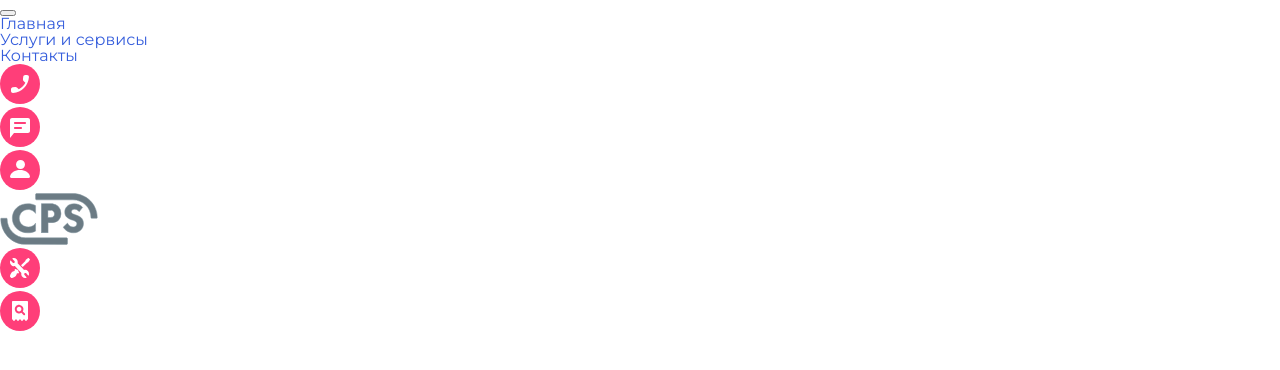
Repository: sem1103/bem
Page: index.html
These files come from the project's save history. The page is drawn as it stood at one moment and after the next save; the edit follows.
The browser window is 1280 px wide. The pictures show the whole page.

Above is the page before, as saved 2023-12-27 09:41:11.

### index.html
<!DOCTYPE html>
<html lang="en">
<head>
    <meta charset="UTF-8">
    <meta name="viewport" content="width=device-width, initial-scale=1.0">
    <title>CPS</title>
    <link rel="stylesheet" href="styles/reset.css">
    <link rel="stylesheet" href="styles/main.css">
</head>
<body>
    <div id="page">
        <header>
            <nav>
                <div class="burger-menu">
                    <button class="burger-menu__btn ">
                        <span></span>
                        <span></span>
                        <span></span>
                    </button>
                    <ul class="burger-menu__list">
                        <li><a href="">Главная</a></li>
                        <li><a href="">Услуги и сервисы</a></li>
                        <li><a href="">Контакты</a></li>
                        <li><a href="">
                            <svg xmlns="http://www.w3.org/2000/svg" width="40" height="40" viewBox="0 0 40 40" fill="none">
                                <rect width="40" height="40" rx="20" fill="#FF3E79"/>
                                <path fill-rule="evenodd" clip-rule="evenodd" d="M12.7602 23.25L15.3002 22.96C15.9102 22.89 16.5102 23.1 16.9402 23.53L18.7802 25.37C21.6102 23.93 23.9302 21.62 25.3702 18.78L23.5202 16.93C23.0902 16.5 22.8802 15.9 22.9502 15.29L23.2402 12.77C23.3602 11.76 24.2102 11 25.2302 11H26.9602C28.0902 11 29.0302 11.94 28.9602 13.07C28.4302 21.61 21.6002 28.43 13.0702 28.96C11.9402 29.03 11.0002 28.09 11.0002 26.96V25.23C10.9902 24.22 11.7502 23.37 12.7602 23.25Z" fill="white"/>
                              </svg>
                        </a></li>
                        <li><a href="">
                            <svg xmlns="http://www.w3.org/2000/svg" width="40" height="40" viewBox="0 0 40 40" fill="none">
                                <rect width="40" height="40" rx="20" fill="#FF3E79"/>
                                <path fill-rule="evenodd" clip-rule="evenodd" d="M28 11H12C10.9 11 10.01 11.9 10.01 13L10 31L14 26H28C29.1 26 30 25.1 30 24V13C30 11.9 29.1 11 28 11ZM21 22H15C14.45 22 14 21.55 14 21C14 20.45 14.45 20 15 20H21C21.55 20 22 20.45 22 21C22 21.55 21.55 22 21 22ZM25 17H15C14.45 17 14 16.55 14 16C14 15.45 14.45 15 15 15H25C25.55 15 26 15.45 26 16C26 16.55 25.55 17 25 17Z" fill="white"/>
                                <mask id="mask0_0_1880" style="mask-type:luminance" maskUnits="userSpaceOnUse" x="10" y="11" width="20" height="20">
                                  <path fill-rule="evenodd" clip-rule="evenodd" d="M28 11H12C10.9 11 10.01 11.9 10.01 13L10 31L14 26H28C29.1 26 30 25.1 30 24V13C30 11.9 29.1 11 28 11ZM21 22H15C14.45 22 14 21.55 14 21C14 20.45 14.45 20 15 20H21C21.55 20 22 20.45 22 21C22 21.55 21.55 22 21 22ZM25 17H15C14.45 17 14 16.55 14 16C14 15.45 14.45 15 15 15H25C25.55 15 26 15.45 26 16C26 16.55 25.55 17 25 17Z" fill="white"/>
                                </mask>
                                <g mask="url(#mask0_0_1880)">
                                </g>
                              </svg>
                        </a></li>
                        <li><a href="">
                            <svg xmlns="http://www.w3.org/2000/svg" width="40" height="40" viewBox="0 0 40 40" fill="none">
                                <rect width="40" height="40" rx="20" fill="#FF3E79"/>
                                <path d="M20.5 19C22.9853 19 25 16.9853 25 14.5C25 12.0147 22.9853 10 20.5 10C18.0147 10 16 12.0147 16 14.5C16 16.9853 18.0147 19 20.5 19Z" fill="white"/>
                                <path d="M10.0166 26.6118C9.88693 27.3412 10.5352 28 11.339 28H28.6604C29.4902 28 30.1125 27.3412 29.9829 26.6118C29.2309 22.4 25.0561 20 19.9997 20C14.9433 20 10.7686 22.4 10.0166 26.6118Z" fill="white"/>
                              </svg>
                        </a></li>
                    </ul>
                </div>

                <div class="logo">
                    <svg xmlns="http://www.w3.org/2000/svg" width="98" height="52" viewBox="0 0 98 52" fill="none">
                        <path fill-rule="evenodd" clip-rule="evenodd" d="M36.5703 0.592529C36.018 0.592529 35.5703 1.04024 35.5703 1.59253V5.86748C35.5703 6.41977 36.018 6.86748 36.5703 6.86748H72.8973C83.0242 6.86748 90.9777 14.6641 90.9777 24.757C90.9777 25.0425 91.2092 25.274 91.4948 25.274H96.757C97.0425 25.274 97.274 25.0425 97.274 24.757C97.274 11.2677 86.432 0.592529 72.8973 0.592529H36.5703Z" fill="#6B7B84" stroke="#80949F" stroke-width="0.5"/>
                        <path fill-rule="evenodd" clip-rule="evenodd" d="M7.10682 25.7122C7.10682 25.4702 6.91059 25.2739 6.66853 25.2739H1.16436C0.922303 25.2739 0.726074 25.4702 0.726074 25.7122C0.726074 39.3616 10.9493 50.6311 24.1687 51.3686L66.5104 51.4064C67.063 51.4069 67.5113 50.959 67.5113 50.4064V45.8267C67.5113 45.2745 67.0635 44.8267 66.5113 44.8267H25.6265C15.3903 44.7984 7.10682 36.283 7.10682 25.7122Z" fill="#6B7B84" stroke="#80949F" stroke-width="0.5"/>
                        <path fill-rule="evenodd" clip-rule="evenodd" d="M28.1415 39.7924C30.8803 39.7924 33.1616 39.2603 35.4149 38.1655L35.5704 38.0199V30.1855L34.7273 31.2649C33.1049 33.0378 30.9259 34.0137 28.4608 34.0137C23.8692 34.0137 19.2575 31.0459 19.2575 25.3738C19.2575 21.0874 22.4381 16.532 28.2993 16.532C29.4688 16.532 32.313 16.8085 34.7232 19.368L35.5704 20.4117V12.6127L35.4218 12.4653C33.1258 11.3147 30.7843 10.7554 28.1137 10.7554C23.5467 10.7554 19.9821 11.9577 17.1438 14.4289C15.3435 15.9777 12.3408 19.4485 12.3408 25.2923C12.3408 29.6131 13.8793 32.9875 17.1669 35.9144C20.2252 38.5962 23.6163 39.7924 28.1415 39.7924Z" fill="#6B7B84"/>
                        <path d="M28.1415 39.7924C30.8803 39.7924 33.1616 39.2603 35.4149 38.1655L35.5704 38.0199V30.1855L34.7273 31.2649C33.1049 33.0378 30.9259 34.0137 28.4608 34.0137C23.8692 34.0137 19.2575 31.0459 19.2575 25.3738C19.2575 21.0874 22.4381 16.532 28.2993 16.532C29.4688 16.532 32.313 16.8085 34.7232 19.368L35.5704 20.4117V12.6127L35.4218 12.4653C33.1258 11.3147 30.7843 10.7554 28.1137 10.7554C23.5467 10.7554 19.9821 11.9577 17.1438 14.4289C15.3435 15.9777 12.3408 19.4485 12.3408 25.2923C12.3408 29.6131 13.8793 32.9875 17.1669 35.9144C20.2252 38.5962 23.6163 39.7924 28.1415 39.7924" stroke="#80949F" stroke-width="0.5"/>
                        <path fill-rule="evenodd" clip-rule="evenodd" d="M47.9111 17.2888H49.2755C50.5269 17.2888 51.9533 17.3571 53.0328 18.093C53.56 18.4695 54.4445 19.3412 54.4445 20.9246C54.4445 22.0946 53.9274 23.1437 53.0734 23.7984C51.9783 24.5932 50.6768 24.5476 49.6309 24.5476H47.9111V17.2888ZM50.977 29.8179C54.2084 29.8179 56.7377 28.8858 58.4943 27.1298C60.655 24.9735 60.9779 22.0073 60.9779 20.4435C60.9779 18.7703 60.5813 15.5066 57.9212 13.1435C55.7407 11.2328 53.4142 10.7554 50.1324 10.7554H41.3779V39.7924H48.0365V29.8179H50.977Z" fill="#6B7B84"/>
                        <path d="M47.9111 17.2888V17.0388H47.6611V17.2888H47.9111ZM53.0328 18.093L53.1782 17.8895L53.1736 17.8864L53.0328 18.093ZM53.0734 23.7984L53.2203 24.0007L53.2254 23.9968L53.0734 23.7984ZM47.9111 24.5476H47.6611V24.7976H47.9111V24.5476ZM58.4943 27.1298L58.3177 26.9529L58.3175 26.953L58.4943 27.1298ZM57.9212 13.1435L58.0872 12.9566L58.086 12.9555L57.9212 13.1435ZM41.3779 10.7554V10.5054H41.1279V10.7554H41.3779ZM41.3779 39.7924H41.1279V40.0424H41.3779V39.7924ZM48.0365 39.7924V40.0424H48.2865V39.7924H48.0365ZM48.0365 29.8179V29.5679H47.7865V29.8179H48.0365ZM47.9111 17.5388H49.2755V17.0388H47.9111V17.5388ZM49.2755 17.5388C50.5326 17.5388 51.8839 17.6123 52.892 18.2995L53.1736 17.8864C52.0227 17.1019 50.5212 17.0388 49.2755 17.0388V17.5388ZM52.8875 18.2964C53.3751 18.6447 54.1945 19.4495 54.1945 20.9246H54.6945C54.6945 19.233 53.7448 18.2943 53.1782 17.8895L52.8875 18.2964ZM54.1945 20.9246C54.1945 22.0205 53.7107 22.9948 52.9213 23.5999L53.2254 23.9968C54.1441 23.2926 54.6945 22.1687 54.6945 20.9246H54.1945ZM52.9265 23.596C51.9091 24.3345 50.6971 24.2976 49.6309 24.2976V24.7976C50.6564 24.7976 52.0475 24.8519 53.2202 24.0007L52.9265 23.596ZM49.6309 24.2976H47.9111V24.7976H49.6309V24.2976ZM48.1611 24.5476V17.2888H47.6611V24.5476H48.1611ZM50.977 30.0679C54.2568 30.0679 56.8563 29.1207 58.671 27.3066L58.3175 26.953C56.6191 28.6509 54.1599 29.5679 50.977 29.5679V30.0679ZM58.6709 27.3068C60.9029 25.0793 61.2279 22.0287 61.2279 20.4435H60.7279C60.7279 21.9859 60.407 24.8678 58.3177 26.9529L58.6709 27.3068ZM61.2279 20.4435C61.2279 18.7422 60.8263 15.3898 58.0872 12.9566L57.7552 13.3304C60.3363 15.6233 60.7279 18.7983 60.7279 20.4435H61.2279ZM58.086 12.9555C55.84 10.9874 53.4417 10.5054 50.1324 10.5054V11.0054C53.3867 11.0054 55.6415 11.4782 57.7564 13.3315L58.086 12.9555ZM50.1324 10.5054H41.3779V11.0054H50.1324V10.5054ZM41.1279 10.7554V39.7924H41.6279V10.7554H41.1279ZM41.3779 40.0424H48.0365V39.5424H41.3779V40.0424ZM48.2865 39.7924V29.8179H47.7865V39.7924H48.2865ZM48.0365 30.0679H50.977V29.5679H48.0365V30.0679Z" fill="#80949F"/>
                        <path fill-rule="evenodd" clip-rule="evenodd" d="M80.953 24.4687C79.5053 23.1861 77.4846 22.4425 75.1911 21.6713C73.5569 21.1027 72.6565 20.7894 72.0562 20.2421C71.5824 19.8399 71.3712 19.4033 71.3712 18.8262C71.3712 17.5622 72.2301 16.2113 74.6414 16.2113C76.2801 16.2113 77.6521 16.912 78.7197 18.293L79.1435 18.8414L82.6597 14.3656L82.3392 14.0445C80.1886 11.8924 77.3548 10.7554 74.1439 10.7554C67.6657 10.7554 64.7658 14.9699 64.7658 19.1468C64.7658 21.3882 65.5651 23.196 67.1367 24.5175C68.5437 25.7234 70.2595 26.3991 71.9054 26.9507L72.0914 27.0123C73.553 27.4954 75.0646 27.9954 75.9674 28.8034C76.5955 29.3805 76.8754 30.0076 76.8754 30.8367C76.8754 32.7368 75.379 34.0137 73.152 34.0137C71.3916 34.0137 69.0735 33.1508 67.8471 30.7296L67.5263 30.0953L63.1558 34.1411L63.4135 34.5056C64.8079 36.4801 67.9545 39.7924 73.3594 39.7924C79.3191 39.7924 83.4817 35.9608 83.4817 30.4751C83.4817 27.3374 82.1051 25.4752 80.953 24.4687Z" fill="#6B7B84"/>
                        <path d="M80.953 24.4687C79.5053 23.1861 77.4846 22.4425 75.1911 21.6713C73.5569 21.1027 72.6565 20.7894 72.0562 20.2421C71.5824 19.8399 71.3712 19.4033 71.3712 18.8262C71.3712 17.5622 72.2301 16.2113 74.6414 16.2113C76.2801 16.2113 77.6521 16.912 78.7197 18.293L79.1435 18.8414L82.6597 14.3656L82.3392 14.0445C80.1886 11.8924 77.3548 10.7554 74.1439 10.7554C67.6657 10.7554 64.7658 14.9699 64.7658 19.1468C64.7658 21.3882 65.5651 23.196 67.1367 24.5175C68.5437 25.7234 70.2595 26.3991 71.9054 26.9507L72.0914 27.0123C73.553 27.4954 75.0646 27.9954 75.9674 28.8034C76.5955 29.3805 76.8754 30.0076 76.8754 30.8367C76.8754 32.7368 75.379 34.0137 73.152 34.0137C71.3916 34.0137 69.0735 33.1508 67.8471 30.7296L67.5263 30.0953L63.1558 34.1411L63.4135 34.5056C64.8079 36.4801 67.9545 39.7924 73.3594 39.7924C79.3191 39.7924 83.4817 35.9608 83.4817 30.4751C83.4817 27.3374 82.1051 25.4752 80.953 24.4687" stroke="#80949F" stroke-width="0.5"/>
                      </svg>
                </div>

                <div class="right-nav">
                    <ul class="right-nav__list">
                        <li><a href="">
                            <svg xmlns="http://www.w3.org/2000/svg" width="40" height="40" viewBox="0 0 40 40" fill="none">
                                <rect width="40" height="40" rx="20" fill="#FF3E79"/>
                                <path d="M18.2581 23.4583L18.6668 23.0494L16.95 21.3322L16.5412 21.7411L16.3368 21.5367C16.0098 21.1687 15.6828 20.9643 15.3558 21.0052C15.1105 21.0052 14.9061 21.1687 14.7426 21.414C14.4973 21.8229 14.62 22.2726 14.6608 22.5588C14.6608 22.6406 14.7017 22.6815 14.7017 22.7632C14.7017 22.8859 14.7017 23.0494 14.4156 23.0903C14.0068 23.213 13.4754 23.3356 12.944 23.6218C12.2082 24.0307 11.7176 24.3987 11.4315 24.7666C9.91902 26.7291 10.0008 28.4055 10.0008 28.4872C10.0008 28.6099 10.0417 28.6917 10.1234 28.7325L11.2271 29.8773C11.3089 29.9591 11.3906 30 11.4724 30C11.4724 30 11.5133 30 11.595 30C12.0038 30 13.4754 29.9182 15.1922 28.569C15.5601 28.2828 15.928 27.7922 16.3368 27.0562C16.623 26.5656 16.7865 26.0341 16.8682 25.5844C16.95 25.2982 17.0726 25.2982 17.1953 25.2982C17.2361 25.2982 17.3179 25.339 17.3996 25.339C17.5631 25.3799 17.7267 25.4208 17.931 25.4208C18.1354 25.4208 18.3398 25.3799 18.5442 25.2573C18.7895 25.0937 18.953 24.8893 18.9939 24.644C19.0347 24.3169 18.8712 23.9898 18.5033 23.7036L18.2581 23.4583Z" fill="white"/>
                                <path d="M26.884 14.8784L28.0188 14.326C28.0609 14.2835 28.1449 14.241 28.1869 14.1986L29.9101 11.8616C30.0362 11.6916 30.0362 11.4367 29.8681 11.3092L28.6913 10.1195C28.5652 9.99199 28.313 9.9495 28.1449 10.077L25.8333 11.8191C25.7913 11.8616 25.7493 11.9041 25.7072 11.989L25.1609 13.1363L21 17.2154L22.7652 19L26.884 14.8784Z" fill="white"/>
                                <path d="M27.8527 23.0448C26.8636 22.0036 25.4393 21.6288 24.0941 22.0036L17.6453 15.1733C17.7244 14.7985 17.764 14.4653 17.764 14.0905C17.764 13.0493 17.3683 12.0081 16.6166 11.2167C15.588 10.0923 14.045 9.71742 12.6207 10.2172C12.5416 10.2588 12.4229 10.3838 12.3833 10.5504C12.3833 10.6753 12.4229 10.8003 12.502 10.9252L14.4406 12.966C14.8758 13.4241 14.8758 14.2154 14.4406 14.6735C14.0054 15.1317 13.2537 15.1317 12.8185 14.6735L10.8799 12.6328C10.7612 12.5495 10.6425 12.5078 10.4843 12.5495C10.3656 12.5495 10.2469 12.6744 10.2073 12.7994C9.73256 14.2571 10.0886 15.8813 11.1173 16.9642C11.8294 17.7555 12.8581 18.172 13.8867 18.172C14.2032 18.172 14.5593 18.1303 14.8758 18.047L21.3642 24.8773C21.0082 26.2933 21.4038 27.7927 22.3533 28.8339C23.105 29.6252 24.0546 30 25.0832 30C25.5184 30 25.914 29.9167 26.3492 29.7918C26.4679 29.7501 26.5866 29.6252 26.6262 29.5002C26.6658 29.3753 26.6262 29.2087 26.5075 29.1254L24.5689 27.0846C24.3711 26.8764 24.2128 26.5432 24.2128 26.21C24.2128 25.8768 24.3315 25.5853 24.5689 25.3354C24.8063 25.0855 25.0832 24.9606 25.3997 24.9606C25.7162 24.9606 25.9932 25.0855 26.2306 25.3354L28.1692 27.3762C28.2879 27.4595 28.4065 27.5011 28.5252 27.5011C28.6439 27.4595 28.7626 27.3762 28.8022 27.2512C28.9209 26.8348 29 26.3766 29 25.9185C29 24.8356 28.6044 23.7944 27.8527 23.0448Z" fill="white"/>
                              </svg>
                        </a></li>

                        <li><a href="">
                            <svg xmlns="http://www.w3.org/2000/svg" width="40" height="40" viewBox="0 0 40 40" fill="none">
                                <rect width="40" height="40" rx="20" fill="#FF3E79"/>
                                <path fill-rule="evenodd" clip-rule="evenodd" d="M12 11C12 10.4477 12.4477 10 13 10H27C27.5523 10 28 10.4477 28 11V28.5C27.1716 28.5 26.5 29.1715 26.5 29.9999H25.5C25.5 29.1715 24.8284 28.5 24 28.5C23.1716 28.5 22.5 29.1715 22.5 29.9999H21.5C21.5 29.1715 20.8284 28.5 20 28.5C19.1716 28.5 18.5 29.1715 18.5 29.9999H17.5C17.5 29.1715 16.8284 28.5 16 28.5C15.1716 28.5 14.5 29.1715 14.5 29.9999H13.5C13.5 29.1715 12.8284 28.5 12 28.5V11ZM21.4163 21.7884C20.5536 22.3443 19.4703 22.5936 18.3296 22.3827C16.5274 22.0472 15.0895 20.5326 14.8595 18.7114C14.4952 15.8261 16.9492 13.4201 19.8538 13.8802C21.656 14.1677 23.1034 15.6439 23.4006 17.4365C23.5828 18.5484 23.3239 19.5741 22.7871 20.4272L24.896 22.5265C25.2699 22.9003 25.2699 23.5138 24.896 23.8876C24.5126 24.2711 23.8991 24.2711 23.5252 23.8972L21.4163 21.7884ZM16.7058 18.0588C16.7058 16.7599 17.7599 15.7058 19.0588 15.7058C20.3576 15.7058 21.4117 16.7599 21.4117 18.0588C21.4117 19.3576 20.3576 20.4117 19.0588 20.4117C17.7599 20.4117 16.7058 19.3576 16.7058 18.0588Z" fill="white"/>
                              </svg>
                        </a></li>
                    </ul>
                </div>
            </nav>
        </header>

        <main>

        </main>

        <footer></footer>
    </div>
</body>
</html>

### styles/reset.css
@import url('https://fonts.googleapis.com/css2?family=Montserrat:wght@100;300;400;600;700&display=swap');
:root{
    --green: #57aa32;
    --gray: #2e2d2c;
}
html{
    scroll-behavior: smooth;
}
html,
body,
div,
span,
applet,
object,
iframe,
h1,
h2,
h3,
h4,
h5,
h6,
p,
blockquote,
pre,
a,
abbr,
acronym,
address,
big,
cite,
code,
del,
dfn,
em,
img,
ins,
kbd,
q,
s,
samp,
small,
strike,
strong,
sub,
sup,
tt,
var,
b,
u,
i,
center,
dl,
dt,
dd,
ol,
ul,
li,
fieldset,
form,
label,
legend,
table,
caption,
tbody,
tfoot,
thead,
tr,
th,
td,
article,
aside,
canvas,
details,
embed,
figure,
figcaption,
footer,
header,
hgroup,
menu,
nav,
output,
ruby,
section,
summary,
time,
mark,
audio,
video {
    margin: 0;
    padding: 0;
    border: 0;
    font-size: 100%;
    font: inherit;
    vertical-align: baseline
}

article,
aside,
details,
figcaption,
figure,
footer,
header,
hgroup,
menu,
nav,
section {
    display: block
}

body {
    line-height: 1;
    font-family: Montserrat, Arial, Helvetica, sans-serif;
}

ol,
ul {
    list-style: none
}

blockquote,
q {
    quotes: none
}

blockquote:before,
blockquote:after,
q:before,
q:after {
    content: '';
    content: none
}

table {
    border-collapse: collapse;
    border-spacing: 0
}

a {
    text-decoration: none;
    color: #365edc;
    transition: all .3s ease-in-out
}

a:hover {
    color: #365edc;
}

* {
    box-sizing: border-box
}




.active__menu{
    opacity: .7;
    color: var(--gray);
}
#page{
    min-height: 100vh;
}

.container{
    max-width: 1160px;
    margin: auto;
    padding: 0 15px;
}
main img{
    width: 100%;
    height: auto;
}

### styles/main.css
.container{
    max-width: 1120px;
    margin: 0 auto;
}
header{
    position: relative;
}

After the next save:
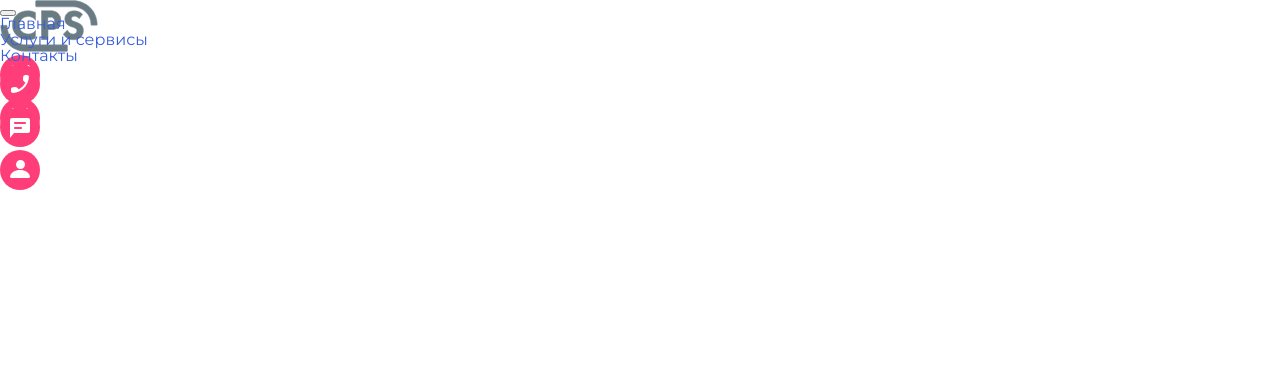
Saved 32 s later.
--- a/styles/main.css
+++ b/styles/main.css
@@ -5,3 +5,6 @@
 header{
     position: relative;
 }
+.burger-menu{
+    position: absolute;
+}
